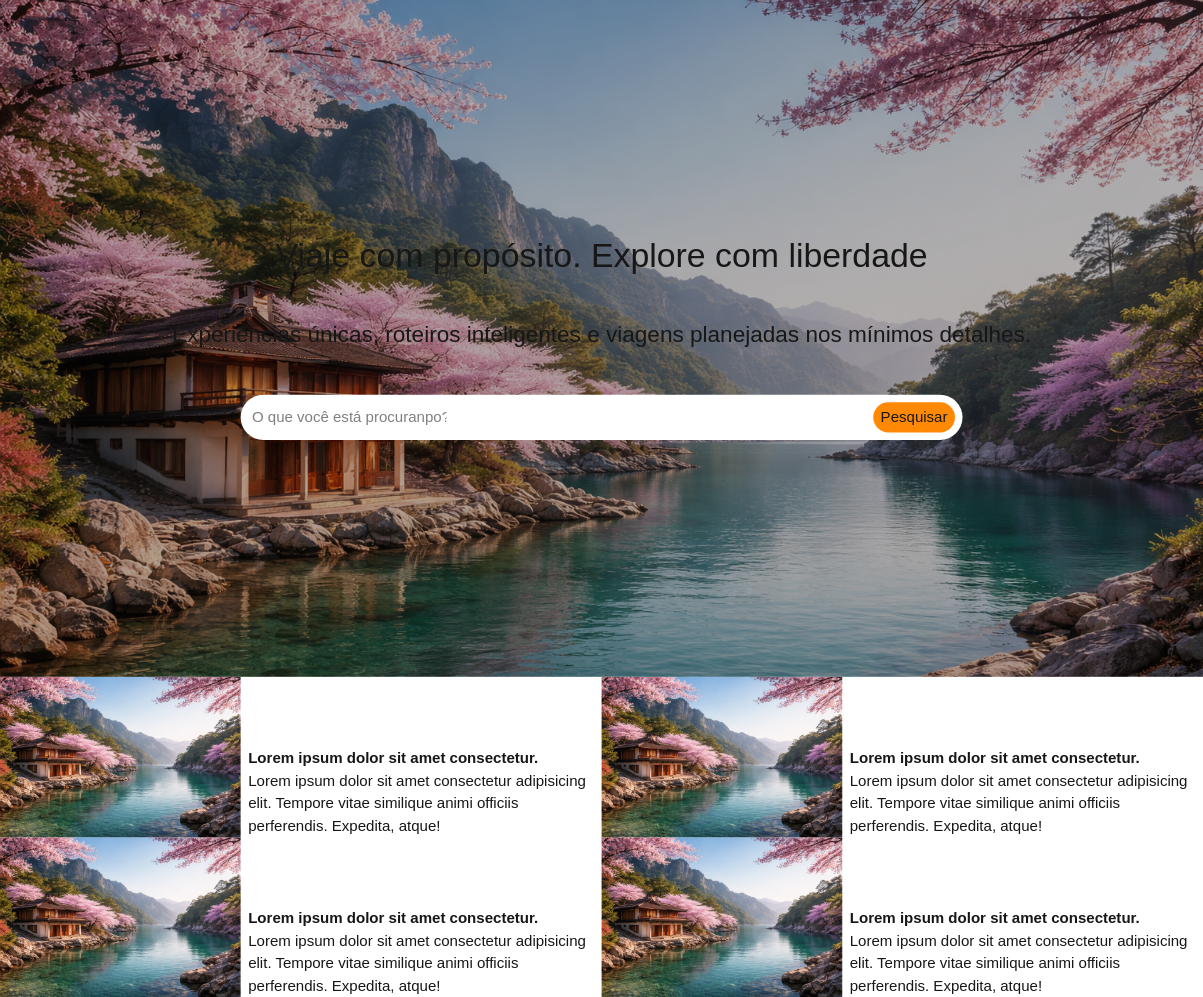
Repository: pedroantoniosi/tripicon-site
Page: /home
An editor plug-in stored every save of this project. The page is shown before and after the next save, followed by the edit.
The browser window is 1280 px wide. The pictures show the whole page, at 94% of full size.
The project was rebuilt for these pictures with package versions that can differ from the ones it lists, and the page was loaded fresh each time. The framework's server and built-in components were replaced by stand-ins that run in the browser. Also part of the build but not shown: next.config.ts.

Above is the page before, as saved 2026-04-01 15:56:34.

After the next save:
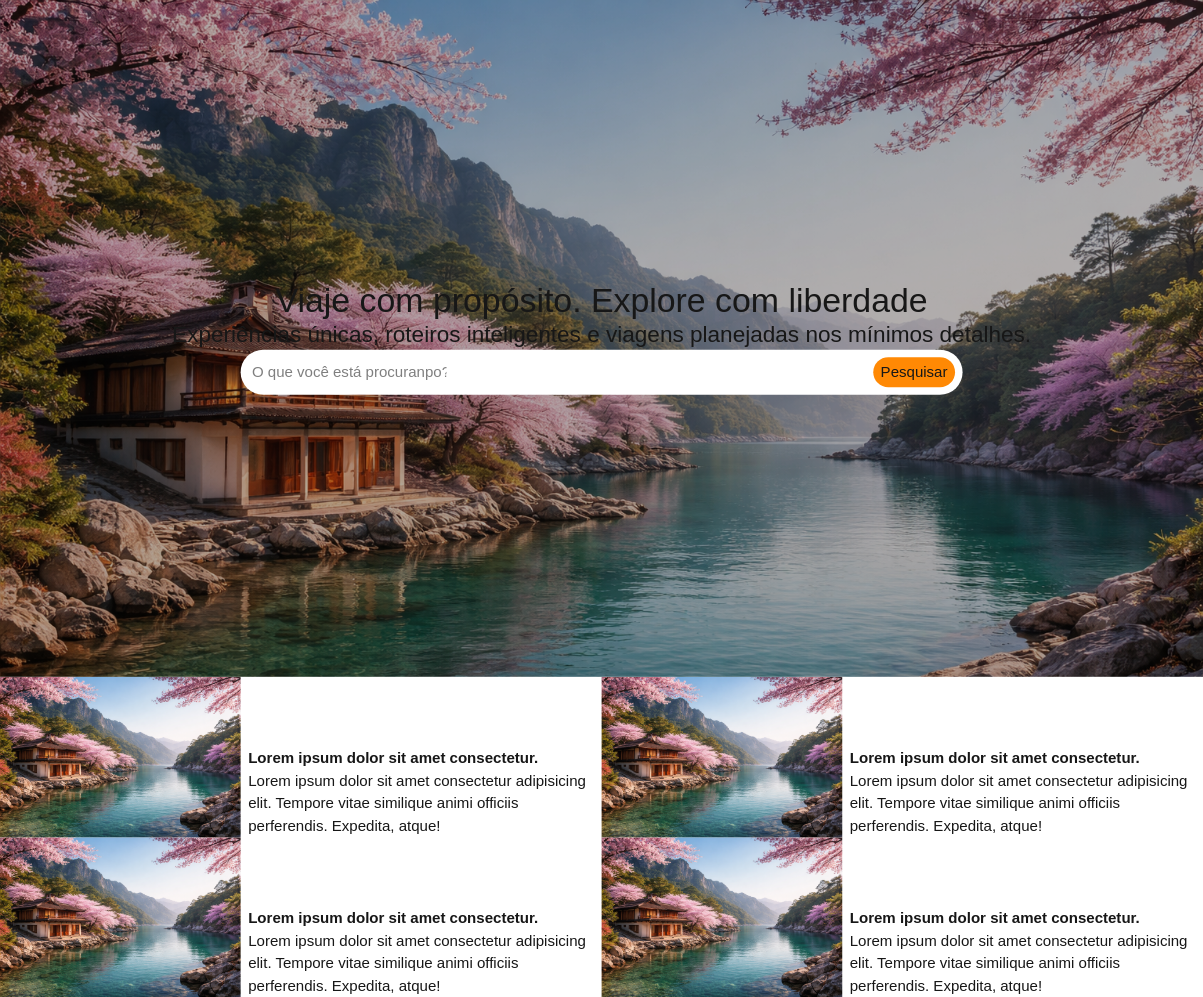
Saved 2 min 29 s later.
--- a/src/app/home/page.tsx
+++ b/src/app/home/page.tsx
@@ -1,5 +1,7 @@
 import styles from "./page.module.css";
 import Searchbar from "@/components/searchbar/searchbar";
+import Image from "next/image";
+
 
 export default function Home() {
   return (
@@ -10,7 +12,7 @@ export default function Home() {
             {" "}
             Viaje com propósito. Explore com liberdade
           </h1>
-          <p className="text-md lg:text-2xl text-center m-[3rem]">
+          <p className="text-md lg:text-2xl text-center m-[12]">
             Experiências únicas, roteiros inteligentes e viagens planejadas nos
             mínimos detalhes.
           </p>
